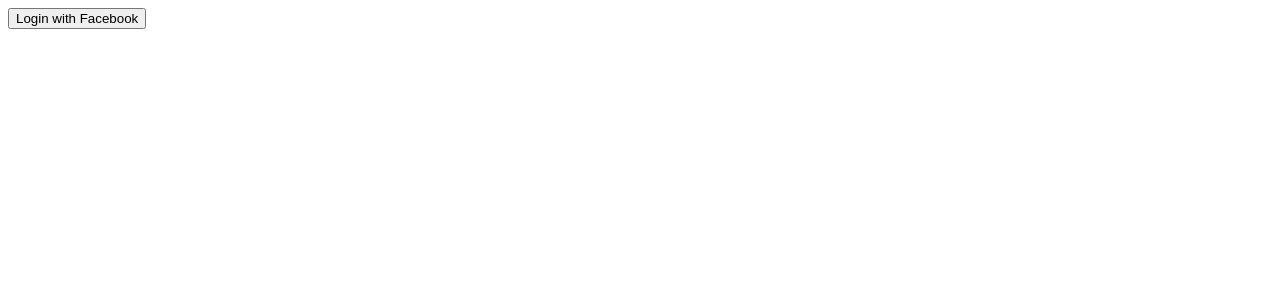
Repository: agustinbaretto/rainbow
Page: templates/login.html
The author's editor kept a record of every edit. The page is drawn from the files as they stood at one moment, then again after the next edit.
The browser window is 1280 px wide. The pictures show the whole page.

Above is the page before.

After the next edit:
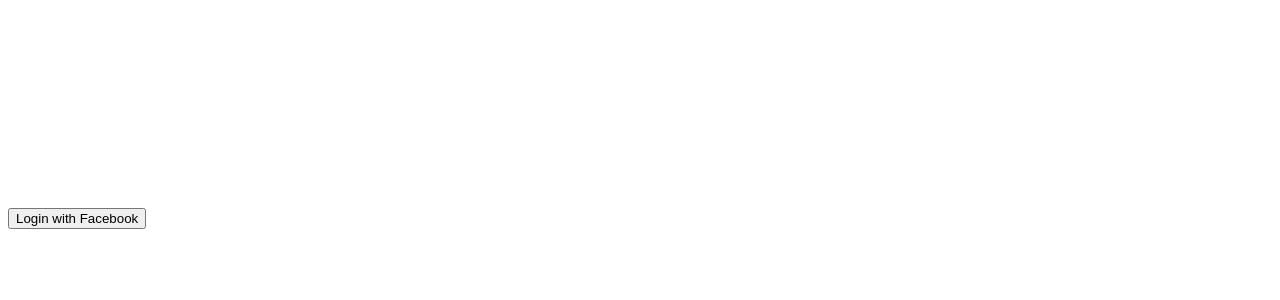
The edit:
--- a/templates/login.html
+++ b/templates/login.html
@@ -1,6 +1,6 @@
 <div class="modal">
   <ion-content id="loginForm" class="center">
-    <div class="row">
+    <div class="row" style="height:200px;">
       <div class="col"></div>
     </div>
     <div class="row">
